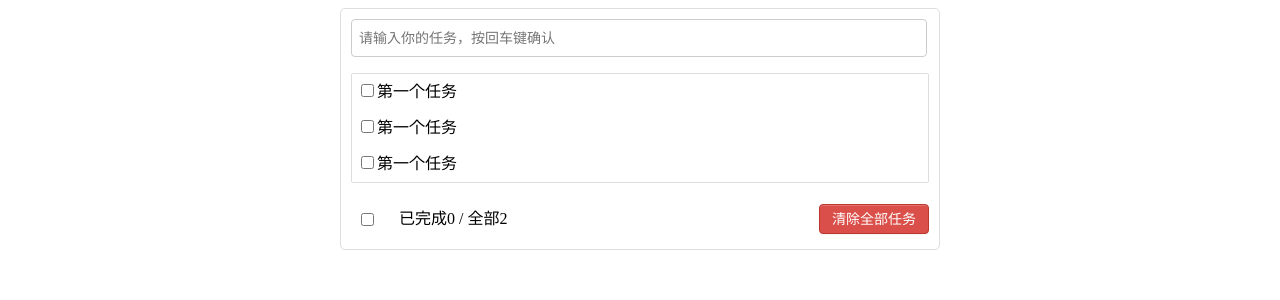
Repository: Lixianlai-2/The-journey-of-learning-Vue
Page: / (app in afterVueCli/Vue_Test/)
These files come from the project's save history. The page is drawn as it stood at one moment and after the next save; the edit follows.
The browser window is 1280 px wide. The pictures show the whole page.
The project was rebuilt for these pictures with package versions that can differ from the ones it lists, and the page was loaded fresh each time.

Above is the page before, as saved 2022-04-15 07:47:14.

### afterVueCli/Vue_Test/src/main.js
import Vue from "vue";
import App from "./App.vue";

// 关闭生产模式提醒
Vue.config.productionTip = false;

new Vue({
  render: (h) => h(App),
}).$mount("#app");

### afterVueCli/Vue_Test/src/App.vue
<template>
  <div id="root">
    <div class="root">
      <div class="todo-container">
        <div class="todo-wrap">
          <myHeader />
          <myList />
          <myFooter />
        </div>
      </div>
    </div>
  </div>
</template>

<script>
import myHeader from "./components/myHeader.vue";
import myFooter from "./components/myFooter.vue";
import myList from "./components/myList.vue";

export default {
  name: "Root",
  components: {
    myHeader,
    myFooter,
    myList,
  },
};
</script>

<style lang="less">
/* 注意在App.vue里面，不用加scoped，因为这些样式要全局应用 */
/*base*/
body {
  background: #fff;
}
.btn {
  display: inline-block;
  padding: 4px 12px;
  margin-bottom: 0;
  font-size: 14px;
  line-height: 20px;
  text-align: center;
  vertical-align: middle;
  cursor: pointer;
  box-shadow: inset 0 1px 0 rgba(255, 255, 255, 0.2),
    0 1px 2px rgba(0, 0, 0, 0.05);
  border-radius: 4px;
}
.btn-danger {
  color: #fff;
  background-color: #da4f49;
  border: 1px solid #bd362f;
}
.btn-danger:hover {
  color: #fff;
  background-color: #bd362f;
}
.btn:focus {
  outline: none;
}
.todo-container {
  width: 600px;
  margin: 0 auto;
}
.todo-container .todo-wrap {
  padding: 10px;
  border: 1px solid #ddd;
  border-radius: 5px;
}
</style>

### afterVueCli/Vue_Test/src/components/myHeader.vue
<template>
  <div>
    <div class="todo-header">
      <input type="text" placeholder="请输入你的任务，按回车键确认" />
    </div>
  </div>
</template>

<script>
export default {
  name: "Header",
};
</script>

<style scoped>
/*header*/
.todo-header input {
  width: 560px;
  height: 28px;
  font-size: 14px;
  border: 1px solid #ccc;
  border-radius: 4px;
  padding: 4px 7px;
}

.todo-header input:focus {
  outline: none;
  border-color: rgba(82, 168, 236, 0.8);
  box-shadow: inset 0 1px 1px rgba(0, 0, 0, 0.075),
    0 0 8px rgba(82, 168, 236, 0.6);
}
</style>

### afterVueCli/Vue_Test/src/components/myFooter.vue
<template>
  <div class="todo-footer">
    <label>
      <input type="checkbox" />
    </label>
    <span> <span>已完成0</span> / 全部2 </span>
    <button class="btn btn-danger">清除全部任务</button>
  </div>
</template>

<script>
export default {
  name: "Footer",
};
</script>

<style scoped>
/*footer*/
.todo-footer {
  height: 40px;
  line-height: 40px;
  padding-left: 6px;
  margin-top: 5px;
}

.todo-footer label {
  display: inline-block;
  margin-right: 20px;
  cursor: pointer;
}

.todo-footer label input {
  position: relative;
  top: -1px;
  vertical-align: middle;
  margin-right: 5px;
}

.todo-footer button {
  float: right;
  margin-top: 5px;
}
</style>

### afterVueCli/Vue_Test/src/components/myList.vue
<template>
  <ul class="todo-main">
    <myItem v-for="todo in toDos" :key="todo.id" :eventName="todo" />
  </ul>
</template>

<script>
import myItem from "./myItem.vue";

export default {
  name: "List",
  components: {
    myItem,
  },
  data() {
    return {
      toDos: [
        { id: "001", eventName: "敲代码", done: "true" },
        { id: "002", eventName: "喝茶", done: "true" },
        { id: "003", eventName: "听音乐", done: "false" },
      ],
    };
  },
};
</script>

<style scoped>
/*main*/
.todo-main {
  margin-left: 0px;
  border: 1px solid #ddd;
  border-radius: 2px;
  padding: 0px;
}

.todo-empty {
  height: 40px;
  line-height: 40px;
  border: 1px solid #ddd;
  border-radius: 2px;
  padding-left: 5px;
  margin-top: 10px;
}
</style>

### afterVueCli/Vue_Test/src/components/myItem.vue
<template>
  <div>
    <li>
      <label>
        <input type="checkbox" />
        <span>第一个任务</span>
      </label>
      <!-- 隐藏删除按钮 -->
      <button class="btn btn-danger" style="display: none">删除</button>
    </li>
  </div>
</template>

<script>
export default {
  name: "Item",
};
</script>

<style scoped>
/*item*/
li {
  list-style: none;
  height: 36px;
  line-height: 36px;
  padding: 0 5px;
  border-bottom: 1px solid #ddd;
}

li label {
  float: left;
  cursor: pointer;
}

li label li input {
  vertical-align: middle;
  margin-right: 6px;
  position: relative;
  top: -1px;
}

li button {
  float: right;
  display: none;
  margin-top: 3px;
}

li:before {
  content: initial;
}

li:last-child {
  border-bottom: none;
}

li:hover {
  background-color: #ddd;
}

li:hover button {
  display: block;
}
</style>

Loaded but not shown: afterVueCli/Vue_Test/public/index.html (common file)

After the next save:
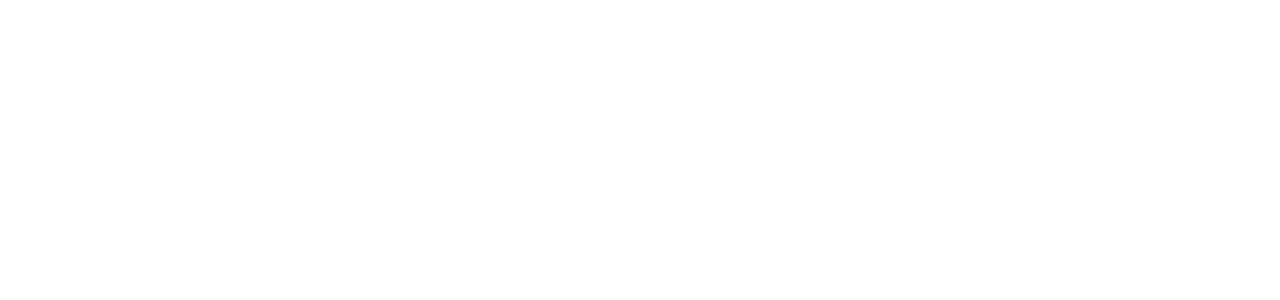
Console error: ReferenceError: eventName is not defined
Saved 9 min 23 s later.
--- a/afterVueCli/Vue_Test/src/App.vue
+++ b/afterVueCli/Vue_Test/src/App.vue
@@ -24,6 +24,7 @@
     myFooter,
     myList,
   },
+  props: [eventName],
 };
 </script>
 

After the 2 saves that followed:
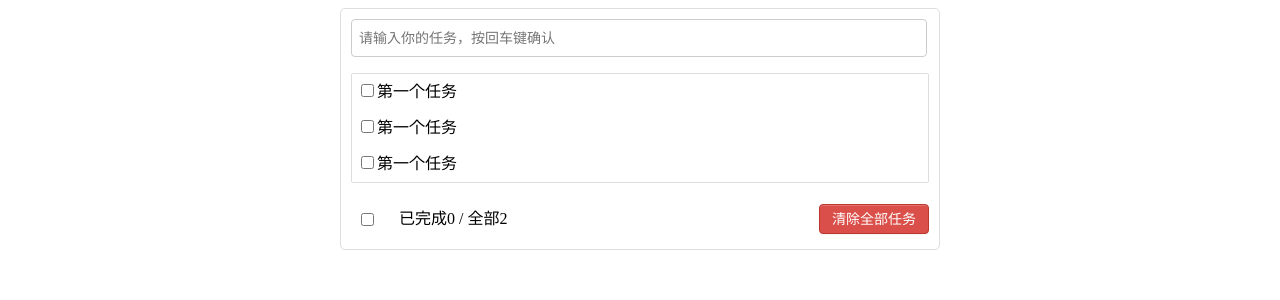
The error is gone.
The 2 saves are shown as one change because 1 left the picture as it was.
The last was saved 5 min 41 s later.
--- a/afterVueCli/Vue_Test/src/App.vue
+++ b/afterVueCli/Vue_Test/src/App.vue
@@ -24,7 +24,7 @@
     myFooter,
     myList,
   },
-  props: [eventName],
+  props: ["eventName"],
 };
 </script>
 
